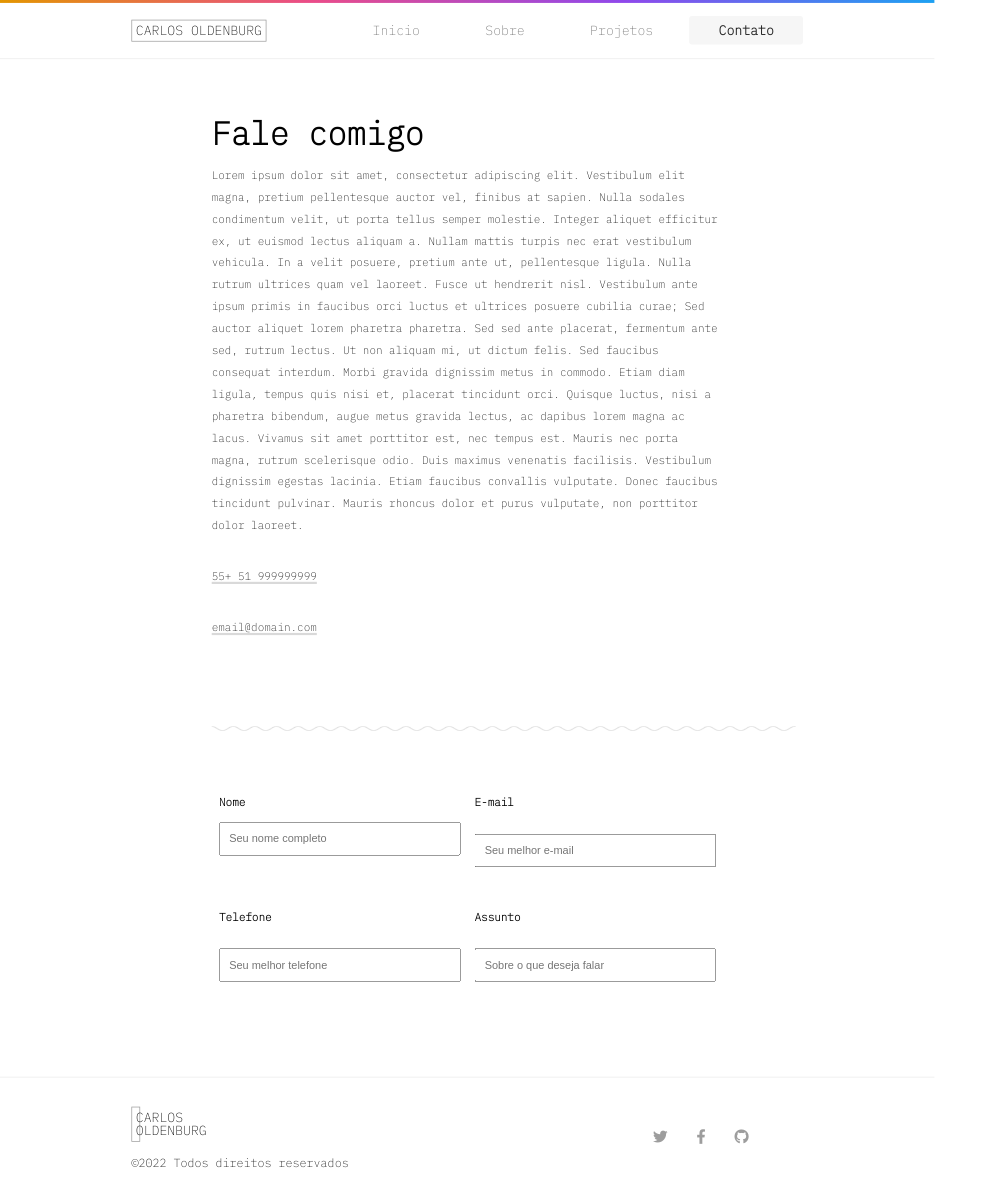
Repository: Carolden/PortfolioCrie
Page: contact.html
The author's editor kept a copy of each file at every save. The page is drawn from the files as they stood at one save, then again after the next save.
The browser window is 1280 px wide. The page is 1380 px wide, so the pictures cover 1380 px, including what lies to the right of the window. The pictures show the whole page, at 73% of full size.

Above is the page before, as saved 2023-05-25 13:34:34.

After the next save:
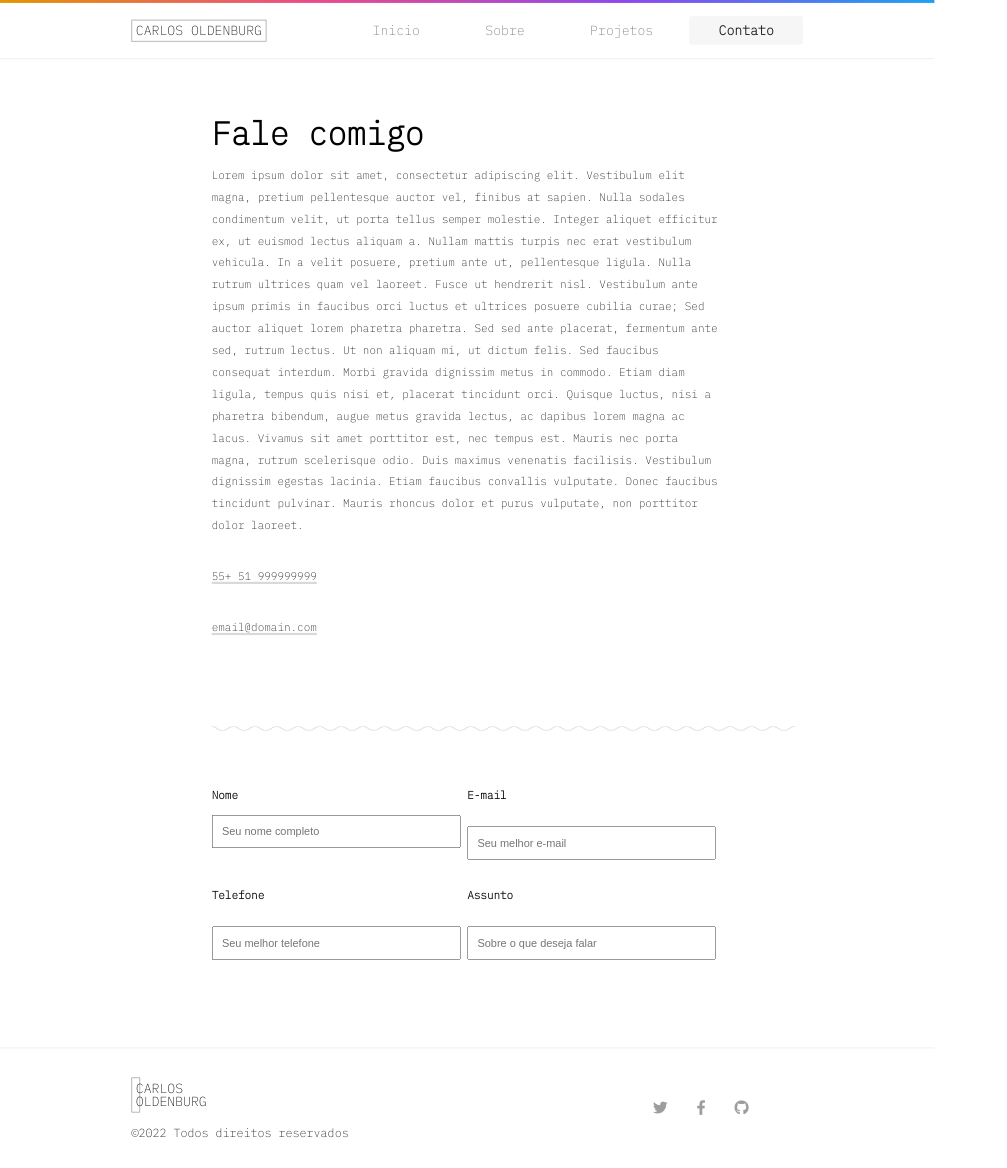
Saved 7 s later.
--- a/styles/components/contact.css
+++ b/styles/components/contact.css
@@ -16,7 +16,6 @@
     display: flex;
     flex-direction: column;
     align-items: flex-start;
-    padding: 10px 0 10px 10px;
 }
 
 .input {
